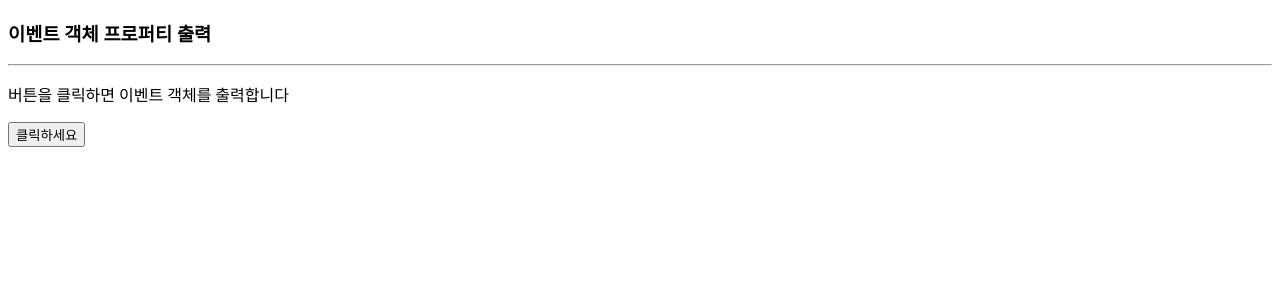
Repository: luna2222/web
Page: 02.JavaScript/WebContent/chap4/04_06.html
An editor plug-in stored every save of this project. The page is shown before and after the next save, followed by the edit.
The browser window is 1280 px wide. The pictures show the whole page.
After loading, the first visible `button` was clicked once.

Above is the page before, as saved 2019-02-25 03:48:04.

After the next save:
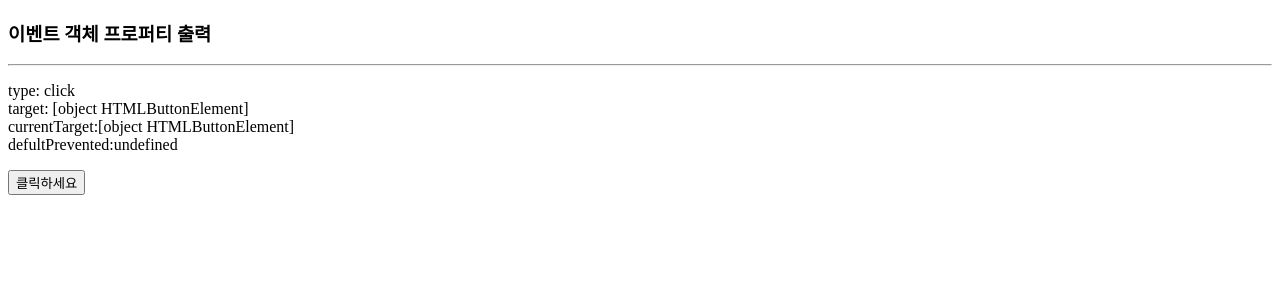
Saved 71 s later.
--- a/02.JavaScript/WebContent/chap4/04_06.html
+++ b/02.JavaScript/WebContent/chap4/04_06.html
@@ -16,8 +16,8 @@ function f(e){//e는 현재 발생한
 	+"currentTarget:"+e.currentTarget+"<br>"
 	+"defultPrevented:"+e.defultPrevented;
 
-	var p=document.getElementById("p");
-	p.ilnnerHTML=text;//이벤트 객체의 프로퍼티 출력
+	var p= document.getElementById("p");
+	p.innerHTML=text;//이벤트 객체의 프로퍼티 출력
 }
 </script>
 </body>
